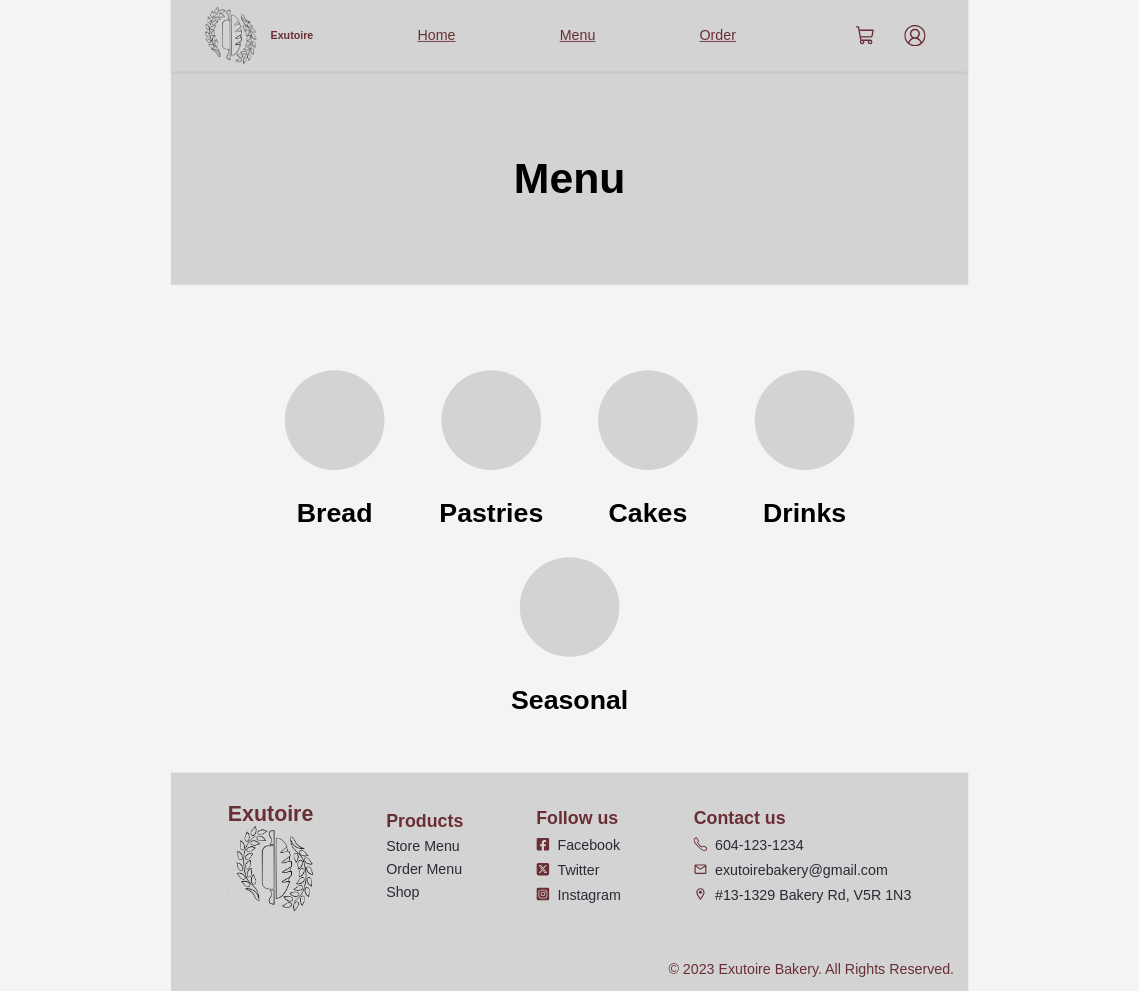
Repository: MelissaJacobi/COMP3170-final-proj
Page: /menu
An editor plug-in stored every save of this project. The page is shown before and after the next save, followed by the edit.
The browser window is 1280 px wide. The pictures show the whole page, at 89% of full size.
The project was rebuilt for these pictures with package versions that can differ from the ones it lists, and the page was loaded fresh each time. Also part of the build but not shown: vite.config.js, src/components/Carousel.module.css, src/components/Carousel.tsx, src/components/Vision.module.css, src/components/Vision.tsx, src/components/MenuGallery.tsx.

Above is the page before, as saved 2024-10-05 23:05:49.

### src/main.tsx
import { StrictMode } from 'react'
import { createRoot } from 'react-dom/client'
import App from './App.tsx'
import './index.css'

 createRoot(document.getElementById('root')!).render(
   <StrictMode>
     <App />
   </StrictMode>,
 )

### src/App.tsx
import { BrowserRouter as Router, Routes, Route } from 'react-router-dom';
import styles from './App.module.css';
import Header from './components/Header';
import Footer from './components/Footer';
import Carousel from './components/Carousel';
import Vision from './components/Vision';
import MenuGallery from './components/MenuGallery';
import Menu from './pages/menu';

function App() {
  return (
    <Router>
      <div className={styles.appContainer}>
      <Header />
      <Routes>

        <Route path="/" element={
          <>
            <Carousel />

              <div className={styles.filler}></div>
              <Vision />
              <MenuGallery />

          </>
        } />

        <Route path="/menu" element={<Menu />} />

      </Routes>
      <Footer />
      </div>
    </Router>
  );
}

export default App;

### src/index.css
* {
  margin: 0;
  padding: 0;
  box-sizing: border-box;
}

body {
  font-family: Arial, sans-serif;
  line-height: 1.6;
  background-color: #f4f4f4;
}

:root {
  --primary-color: lightgrey;
  --secondary-color: lightblue;
  --accent-color: #6A2E35;
  --background-color: white;
  --text-color: #2E2836;
}

### src/App.module.css
.appContainer {
    width: 70%;
    height: 100%;
    margin: auto;
}

.filler {
    height: 35rem;
}

### src/components/Header.tsx
// Header.tsx
import { Link } from 'react-router-dom';
import styles from './Header.module.css';
import logo from "../assets/images/logo.png";
import { PiShoppingCart } from "react-icons/pi";
import { VscAccount } from "react-icons/vsc";

export default function Header() {
  return (
    <div className={styles.container}>
      <div>
        <img src={logo} alt="Logo" className={styles.logo} />
        <p className={styles.siteTitle}>Exutoire</p>
      </div>
      <Link to="/" className={styles.links}>Home</Link>
      <Link to="/Menu" className={styles.links}>Menu</Link>
      <Link to="/order" className={styles.links}>Order</Link>
      <div>
        <PiShoppingCart className={styles.icon} />
        <VscAccount className={styles.icon} />
      </div>
    </div>
  );
}

### src/components/Footer.tsx
import logo from "../assets/images/logo.png"
import styles from "./Footer.module.css"
import { FaFacebookSquare } from "react-icons/fa";
import { FaSquareXTwitter } from "react-icons/fa6";
import { FaInstagramSquare } from "react-icons/fa";
import { SlPhone } from "react-icons/sl";
import { MdOutlineMailOutline } from "react-icons/md";
import { MdOutlineLocationOn } from "react-icons/md";

export default function Footer() {

  return (
    <>
      <div className={styles.container}>
        <div>
            <p className={styles.siteTitle}>Exutoire</p>
            <img src={logo} alt="Logo" className={styles.logo}/>
        </div>
        <ul>
          <p>Products</p>
          <li>Store Menu</li>
          <li>Order Menu</li>
          <li>Shop</li>
        </ul>
        <ul>
          <p>Follow us</p>
          <li><FaFacebookSquare className={styles.socialIcon}/>Facebook</li>
          <li><FaSquareXTwitter className={styles.socialIcon}/>Twitter</li>
          <li><FaInstagramSquare className={styles.socialIcon}/>Instagram</li>
        </ul>
        <ul>
          <p>Contact us</p>
          <li><SlPhone  className={styles.socialIcon}/>604-123-1234</li>
          <li><MdOutlineMailOutline className={styles.socialIcon}/>exutoirebakery@gmail.com</li>
          <li><MdOutlineLocationOn className={styles.socialIcon}/>#13-1329 Bakery Rd, V5R 1N3</li>
        </ul>
      </div>
      <p className={styles.copywrite}>© 2023 Exutoire Bakery.  All Rights Reserved.</p>
    </>
  )
}

### src/pages/menu.tsx
import styles from './Menu.module.css'

export default function Menu() {

  return (
    <>
    <div className={styles.container}>
        <div className={styles.banner}>
          <h1>Menu</h1>
        </div>
        <div className={styles.options}>
          <div className={styles.option}>
            <div></div>
            <h2>Bread</h2>
          </div>
          <div className={styles.option}>
            <div></div>
            <h2>Pastries</h2>
          </div>
          <div className={styles.option}>
            <div></div>
            <h2>Cakes</h2>
          </div>
          <div className={styles.option}>
            <div></div>
            <h2>Drinks</h2>
          </div>
          <div className={styles.option}>
            <div></div>
            <h2>Seasonal</h2>
          </div>
        </div>
    </div>

    </>
  )
}

### src/components/Header.module.css
.container {
    background-color: var(--primary-color);
    width: 100%;
    height: 5rem;
    display: flex;
    align-items: center;
    justify-content: space-between;
    padding: 2rem;
    position: sticky;
    top: 0;
    z-index: 1000;
    box-shadow: 0 2px 4px rgba(0, 0, 0, 0.1);
}

.logo {
    height: 4rem;
    width: 4rem;
}

.siteTitle {
    font-size: 12px;
    font-style: normal;
    font-weight: 700;
    line-height: normal;
    margin-left: 1rem;
    color: var(--accent-color)
}

.container div {
    display: flex;
    align-items: center;
}

.links {
    font-size: 16px;
    font-style: normal;
    font-weight: 400;
    line-height: normal;
    color: var(--accent-color)
}

.icon {
    height: 1.5rem;
    width: 1.5rem;
    margin: 1rem;
    color: var(--accent-color)
}

### src/components/Footer.module.css
.container {
    background-color: var(--primary-color);
    height: 100%;
    width: 100%;
    display: flex;
    align-items: center;
    justify-content: space-between;
    padding: 2rem 4rem;
}

.container div{
    text-align: center;
}

.logo {
    width: 6rem;
    height: 6rem;
}

.siteTitle {
    font-size: 24px;
    font-style: normal;
    font-weight: 700;
    line-height: normal;
    color: var(--accent-color)
}

.container ul p {
    color: var(--accent-color);
    font-size: 20px;
    font-style: normal;
    font-weight: 700;
    line-height: normal;
}

.container ul li {
    font-size: 16px;
    font-style: normal;
    font-weight: 400;
    line-height: normal;
    margin: 0.5rem 0rem;
    padding: 0;
    list-style-type: none;
    color: var(--text-color)
}

.socialIcon {
    transform: translateY(0.1rem);
    color: var(--accent-color);
    margin-right: 0.5rem;
}

.copywrite {
    width: 100%;
    text-align: right;
    padding: 1rem;
    font-size: 16px;
    font-style: normal;
    font-weight: 400;
    line-height: normal;
    color: var(--accent-color);
    background-color: var(--primary-color);
}

### src/components/MenuGallery.module.css
.container {
    display: flex;
    flex-direction: column;
    align-items: center;
    justify-content: center;
    height: 100%;
}

h2 {
    font-size: 30px;
    font-style: normal;
    font-weight: 700;
    line-height: normal;
    text-align: center;
    margin: 0;
}

.gallery {
    width: 100%;
    margin-top: 1rem;
    display: flex;
    justify-content: space-around;
    flex-wrap: wrap;
    height: 100%;
    padding: 1rem 7rem;
}

.galleryItem {
    height: 15rem;
    width: 15rem;
    background-color: var(--primary-color);
    display: flex;
    justify-content: center;
    margin: 1rem;
}

### src/pages/Menu.module.css
.container {
    width: 100%;
}

.banner {
    width: 100%;
    height: 15rem;
    display: flex;
    justify-content: center;
    align-items: center;
    background-color: var(--primary-color);
}

.container h1 {
    font-size: 48px;
    font-style: normal;
    font-weight: 700;
    line-height: normal;
}

.options {
    display: flex;
    flex-wrap: wrap;
    justify-content: center;
    padding: 4rem;

}

.option div {
    width: 7rem;
    height: 7rem;
    border-radius: 50%;
    background-color: var(--primary-color);
    margin: 2rem;
}

Loaded but not shown: index.html (common file)

After the next save:
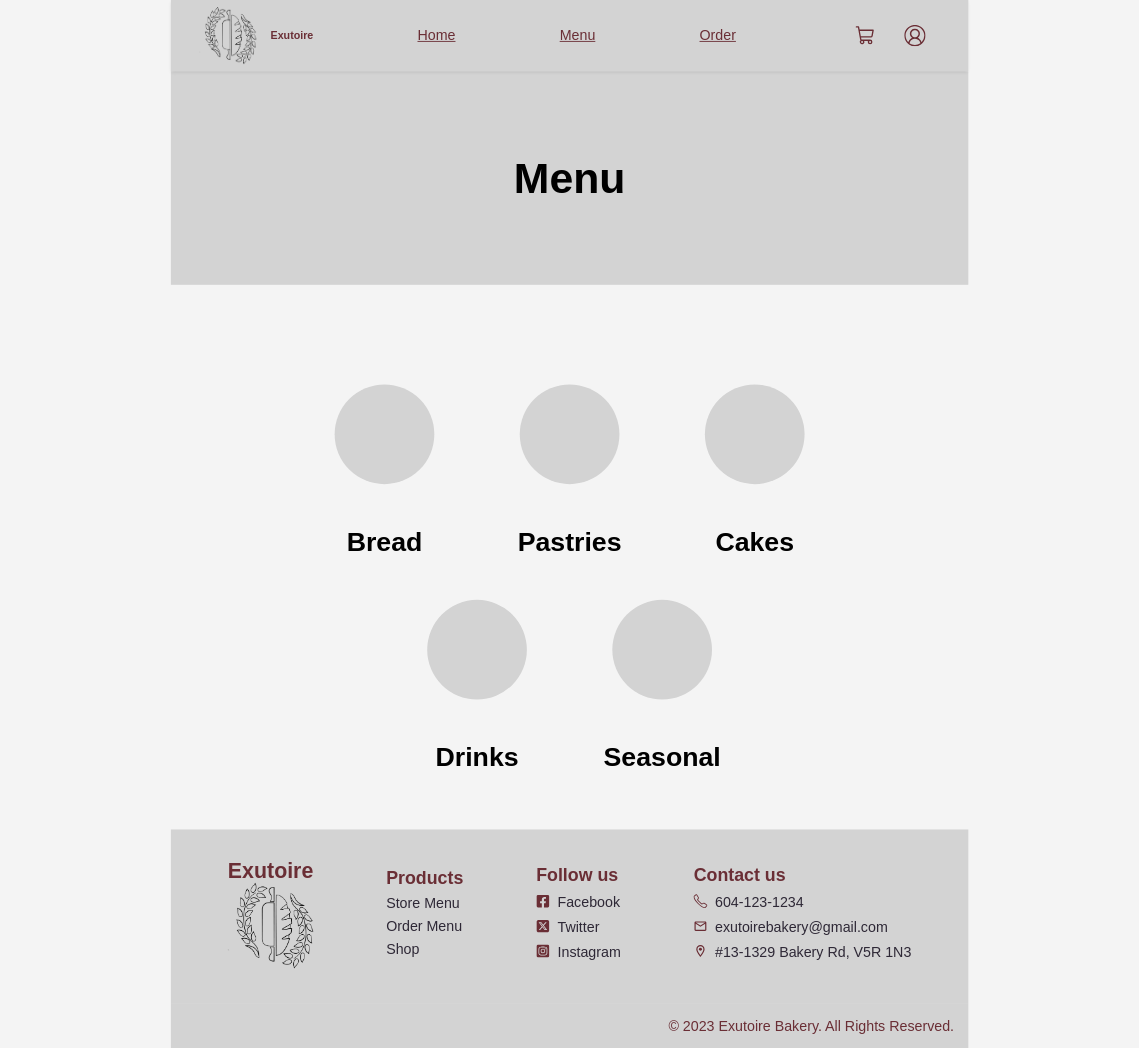
Saved 76 s later.
--- a/src/pages/Menu.module.css
+++ b/src/pages/Menu.module.css
@@ -31,5 +31,5 @@
     height: 7rem;
     border-radius: 50%;
     background-color: var(--primary-color);
-    margin: 2rem;
+    margin: 3rem;
 }
